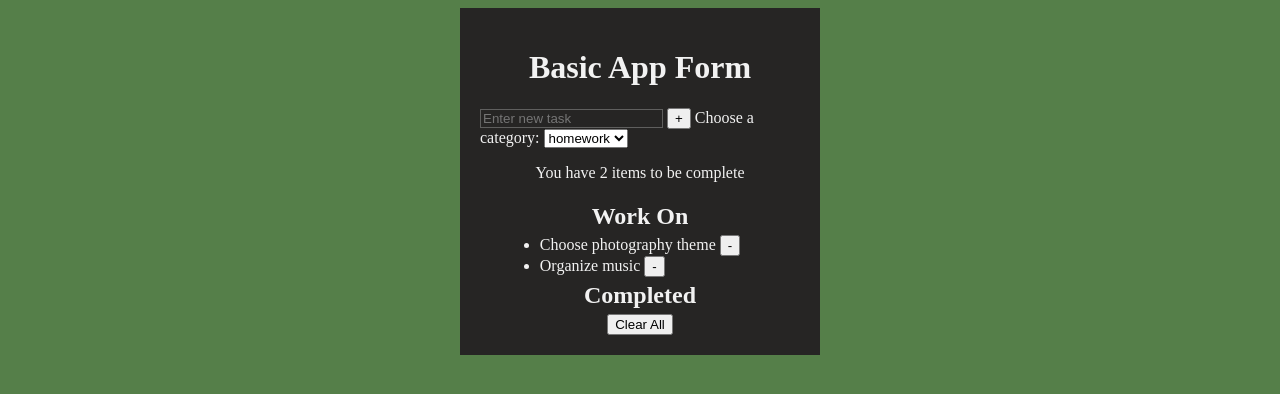
Repository: Kayla-amr/dgm_3760
Page: index.html
These files come from the project's save history. The page is drawn as it stood at one moment and after a run of saves; the edit follows.
The browser window is 1280 px wide. The pictures show the whole page.

Above is the page before, as saved 2022-11-29 10:52:20.

After the next 6 saves:
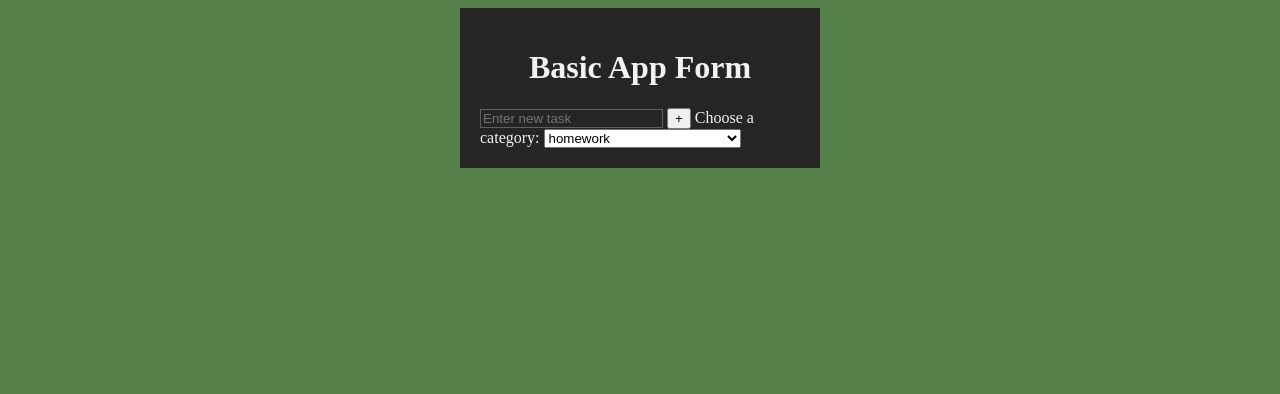
Console error: TypeError: Cannot read properties of null (reading 'tagName')
The 6 saves are shown as one change because they came seconds apart.
The last was saved 23 s later.
--- a/index.html
+++ b/index.html
@@ -20,10 +20,11 @@
                 <label for="category">Choose a category:</label>
 
                 <select name="categories" id="todoType">
-                    <option value="volvo">homework</option>
-                    <option value="saab">Saab</option>
-                    <option value="mercedes">Mercedes</option>
-                    <option value="audi">Audi</option>
+                    <option value="homework">homework</option>
+                    <option value="chores">Saab</option>
+                    <option value="school">Mercedes</option>
+                    <option value="home">Audi</option>
+                    <option
                 </select>
             </div>
             <p class="remainingTasks"></p>
